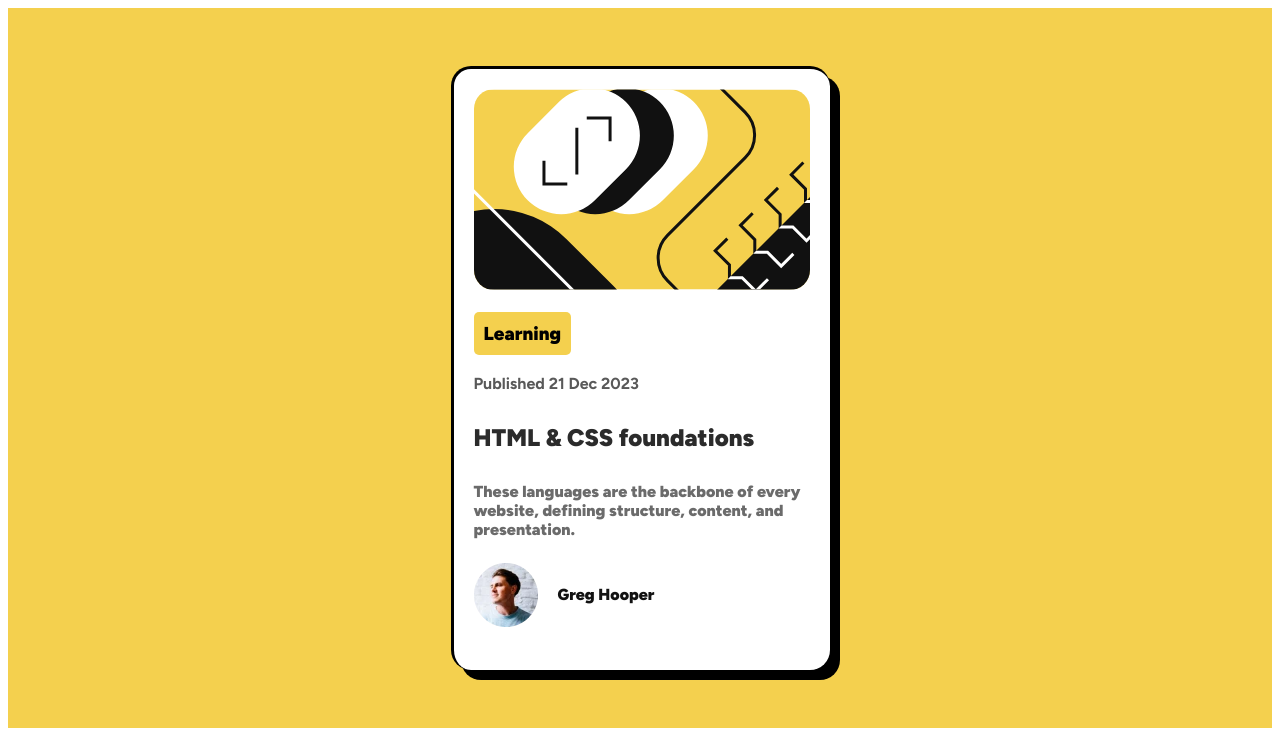
Repository: reemoon-ctrl/blog-preview-card
Page: index.html
These files come from the project's save history. The page is drawn as it stood at one moment and after the next save; the edit follows.
The browser window is 1280 px wide. The pictures show the whole page.

Above is the page before, as saved 2024-07-19 15:19:22.

After the next save:
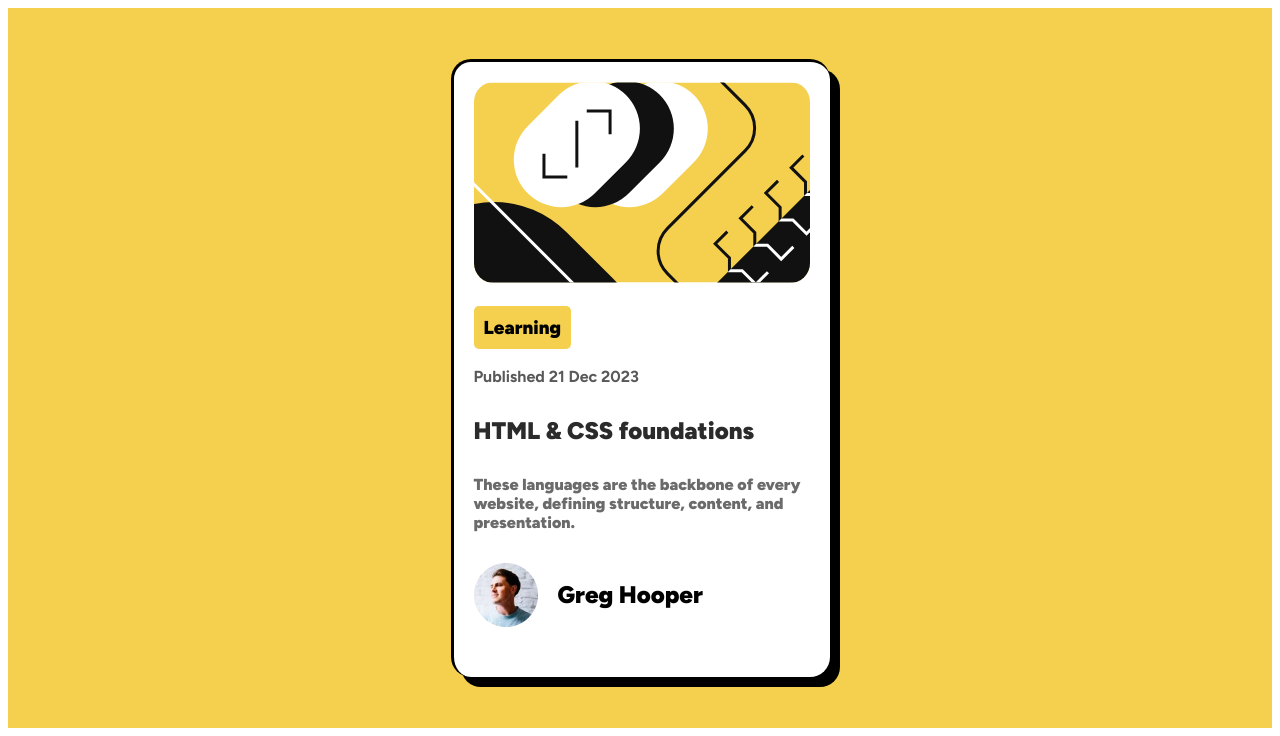
Saved 76 s later.
--- a/index.css
+++ b/index.css
@@ -78,7 +78,7 @@
     font-optical-sizing: auto;
     font-weight:900;
     font-style: normal;
-    color: hsl(0, 0%, 7%);
+    color: hsl(0, 0%, 17%)
     font-size: 16px;
 
 }

After the save that followed:
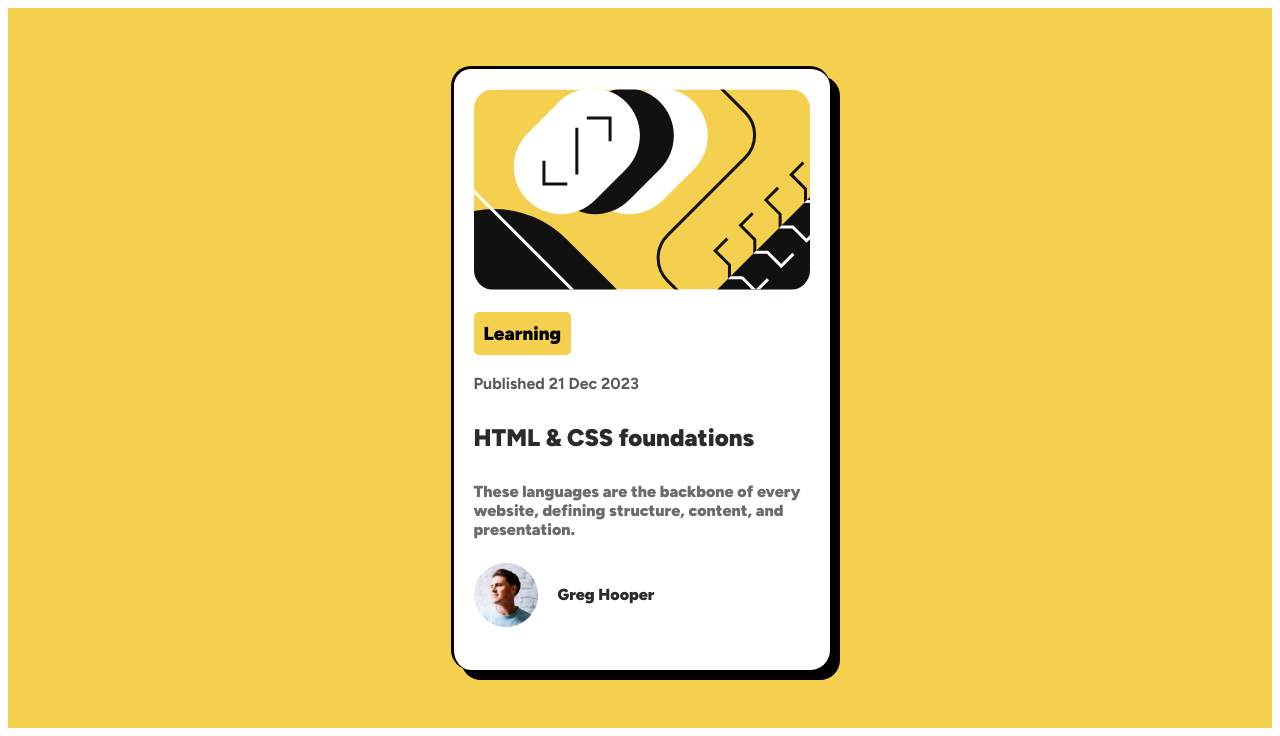
Saved 9 s later.
--- a/index.css
+++ b/index.css
@@ -78,7 +78,7 @@
     font-optical-sizing: auto;
     font-weight:900;
     font-style: normal;
-    color: hsl(0, 0%, 17%)
+    color: hsl(0, 0%, 17%);
     font-size: 16px;
 
 }
